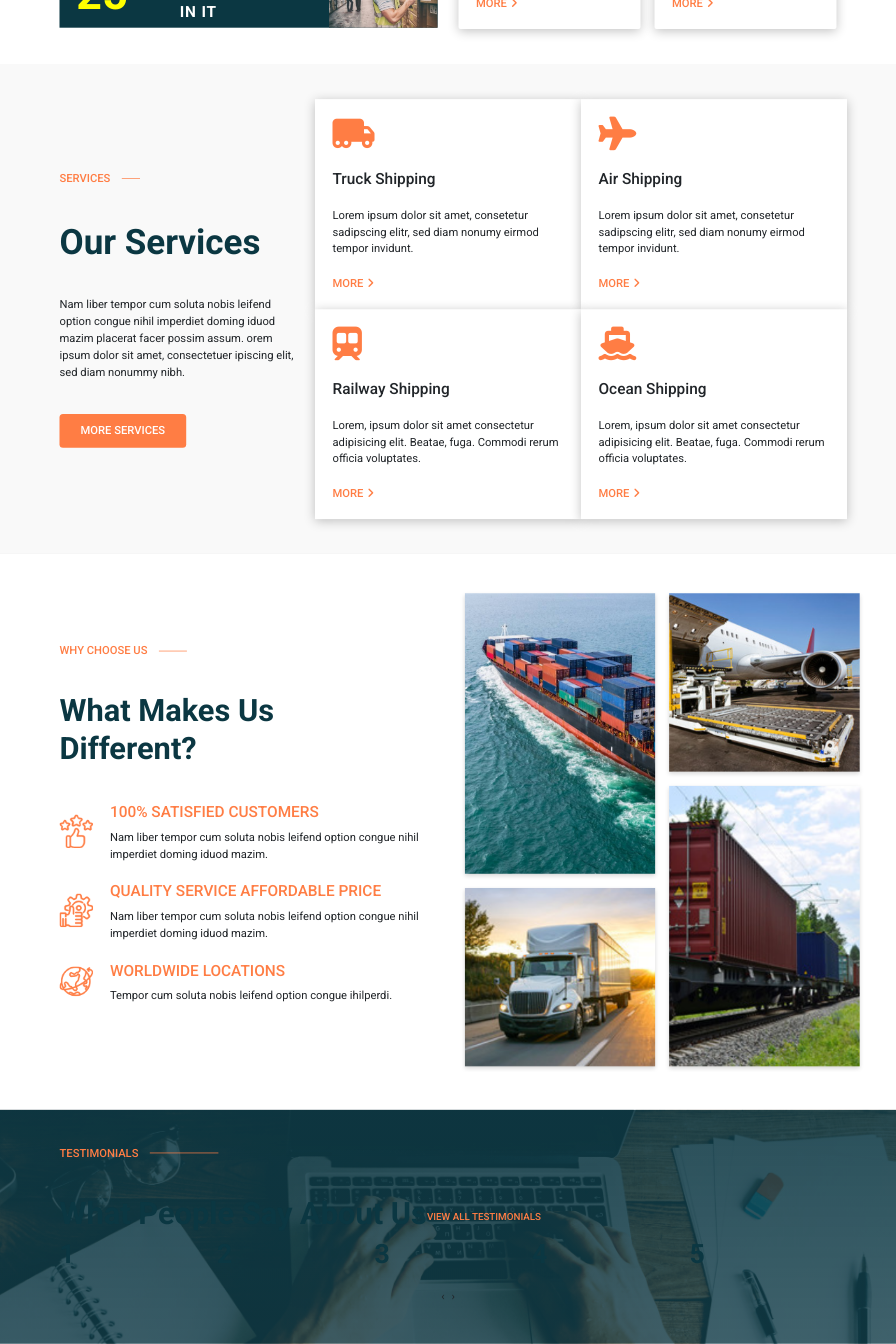
Repository: nazmulalok/shipping-theme
Page: index.html
The author's editor kept a copy of each file at every save. The page is drawn from the files as they stood at one save, then again after the next save.
The browser window is 1280 px wide. The pictures show the part of the page from y = 1621 to 3541 px (the page is 3541 px tall), at 70% of full size.
Some web libraries are served in a nearby version.

Above is the page before, as saved 2022-10-09 10:25:31.

After the next save:
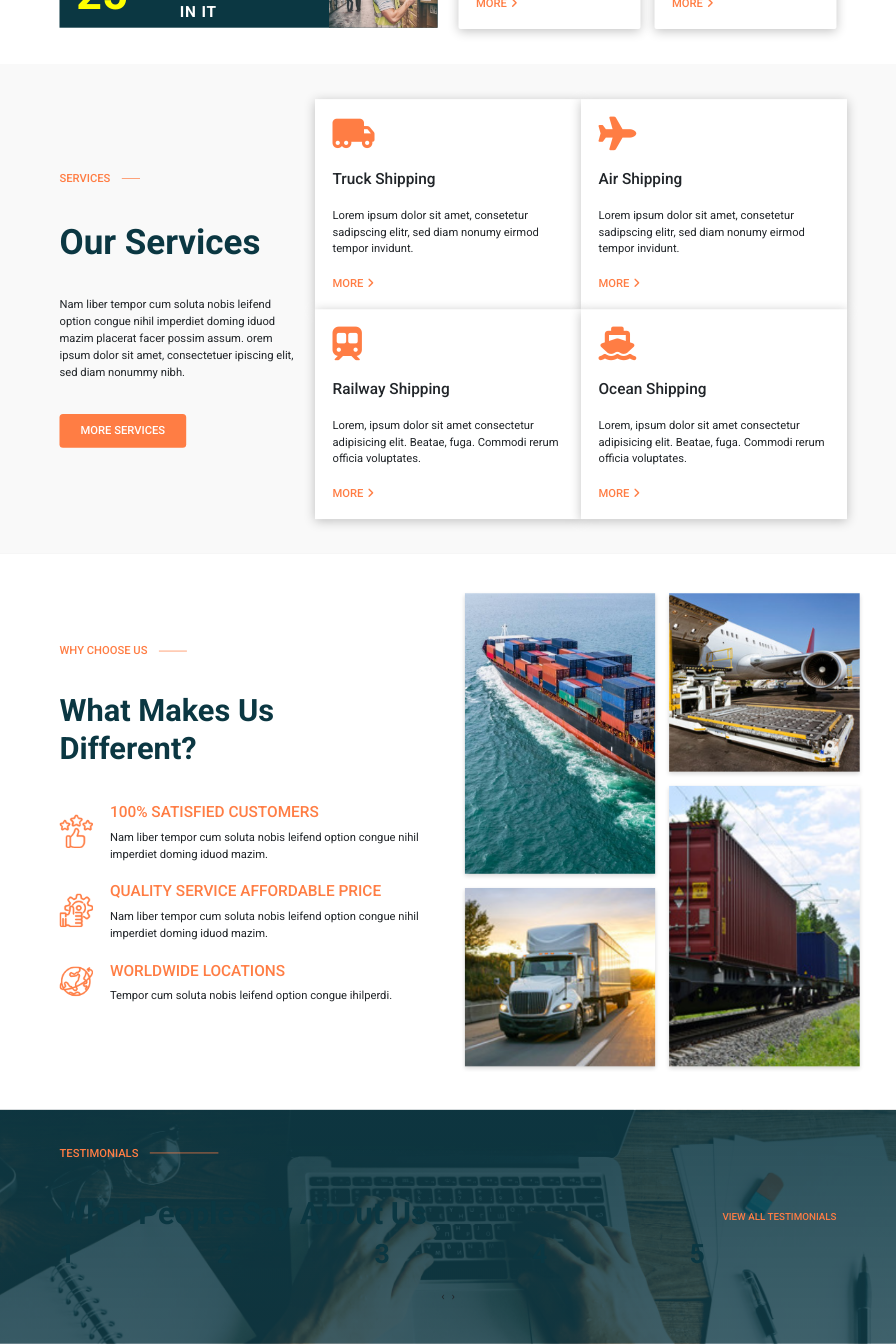
Saved 28 s later.
--- a/index.html
+++ b/index.html
@@ -279,7 +279,7 @@
         <div class="py-50 testimonial-sec">
             <div class="container">
                 <span class="sp-title">Testimonials</span>
-                <div class="testimonial-heading d-flex">
+                <div class="testimonial-heading d-flex justify-content-between">
                     <h3>What People Say About Us</h3>
                     <span class="sp-title no-border">View All Testimonials</span>
                 </div>
